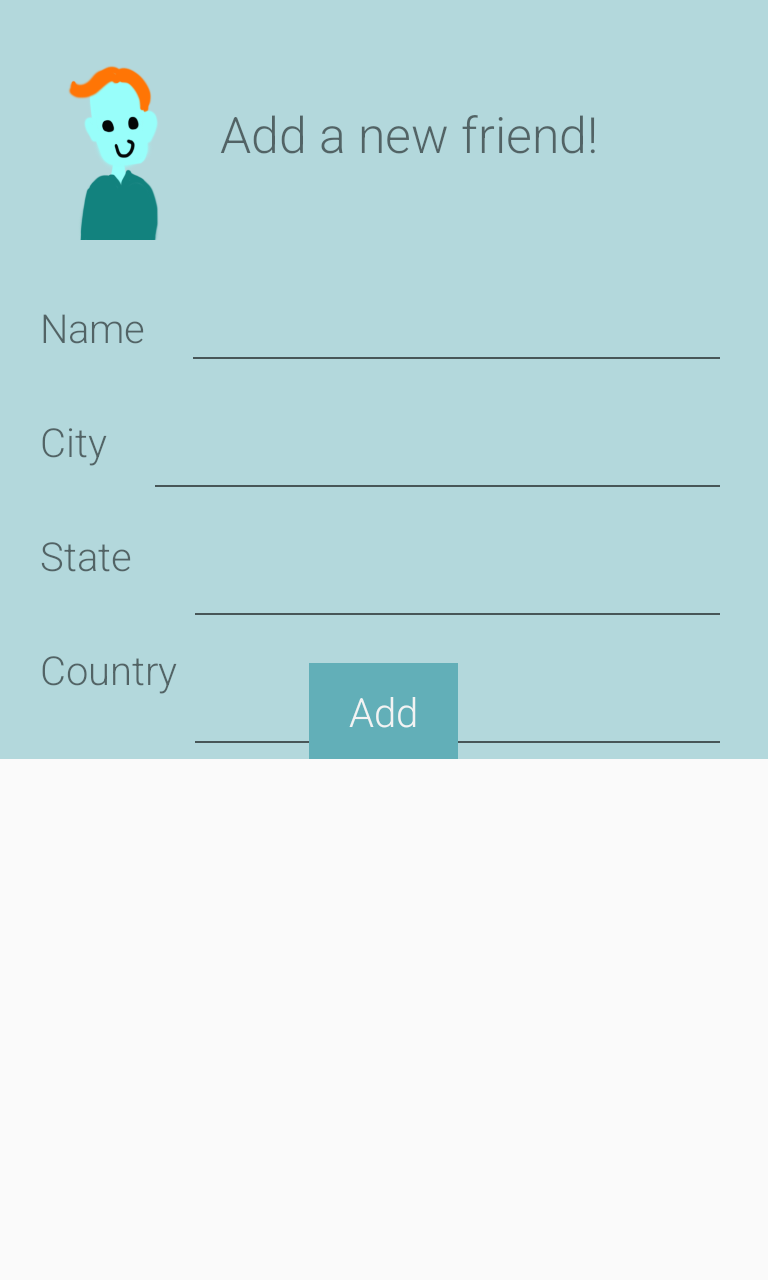
Repository: hinasakazaki/WeatherWithFriends
Layout: WeatherWithFriends/res/layout/add_fragment.xml
These files come from the project's save history. The layout is drawn as it stood at one moment and after a run of saves; the edit follows.
It is drawn on a 768 x 1280 px phone screen (xhdpi) without system bars, with theme AppTheme; the app's code is not run.

Above is the layout before, as saved 2014-06-10 22:46:02.

After the next 2 saves:
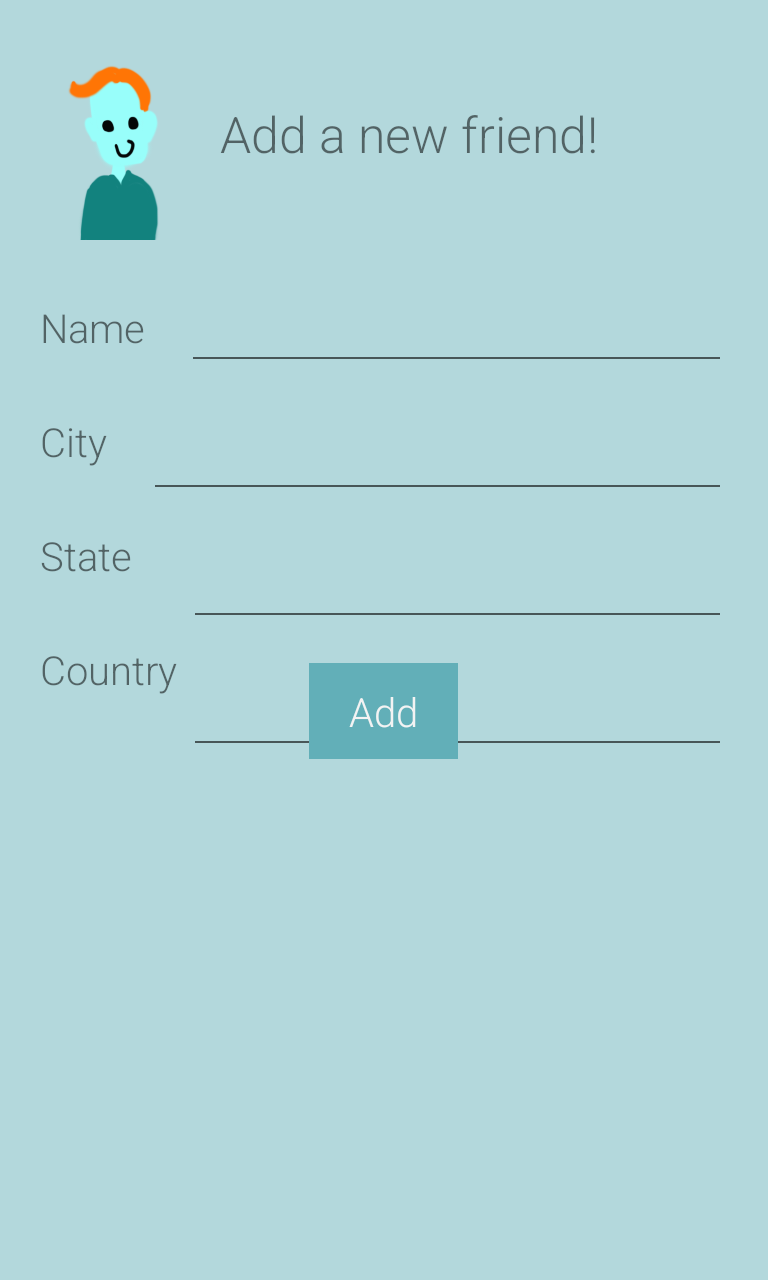
The 2 saves are shown as one change because 1 did not build or start.
The last was saved 44 s later.
--- a/WeatherWithFriends/res/layout/add_fragment.xml
+++ b/WeatherWithFriends/res/layout/add_fragment.xml
@@ -2,13 +2,14 @@
 <ScrollView xmlns:android="http://schemas.android.com/apk/res/android"
     android:layout_width="fill_parent"
     android:layout_height="600dp"
+     android:background="#b3d8dc"
     >
 
 <RelativeLayout
     android:layout_width="match_parent"
     android:layout_height="match_parent"
     android:orientation="vertical"
-    android:background="#b3d8dc" >
+    >
 
     <!-- first row -->
 	   <ImageView android:id="@+id/icon"
